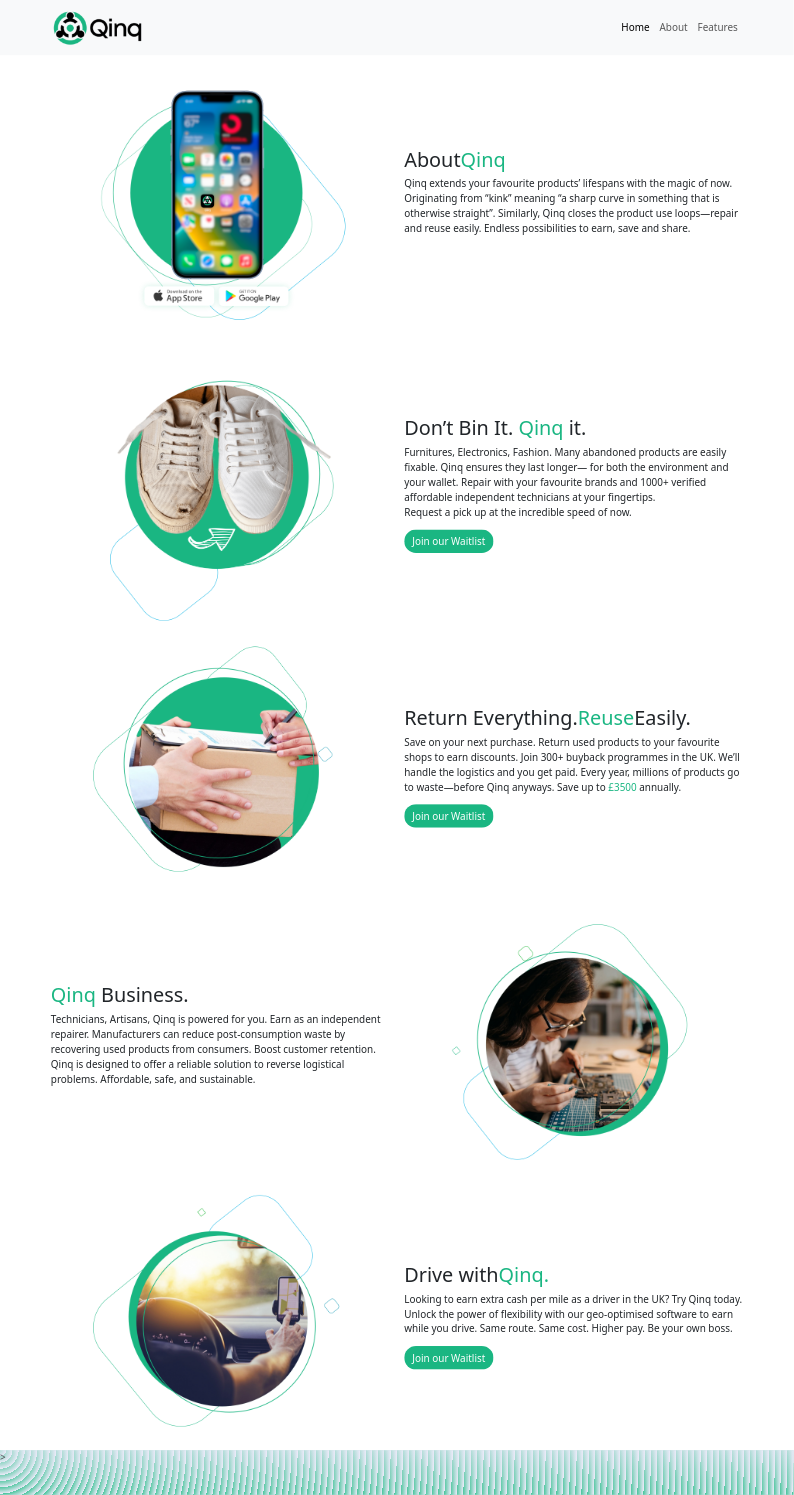
Repository: HelloQinq2023/qinq.github.io
Page: index.html
An editor plug-in stored every save of this project. The page is shown before and after a run of saves, followed by the edit.
The browser window is 1280 px wide. The pictures show the whole page, at 62% of full size.

Above is the page before, as saved 2023-02-22 16:32:33.

### index.html
<!doctype html>
<html lang="en">
  <head>
    <meta charset="utf-8">
    <meta name="viewport" content="width=device-width, initial-scale=1">
    <title>Qinq</title>
    <link href="https://cdn.jsdelivr.net/npm/bootstrap@5.3.0-alpha1/dist/css/bootstrap.min.css" rel="stylesheet" integrity="sha384-GLhlTQ8iRABdZLl6O3oVMWSktQOp6b7In1Zl3/Jr59b6EGGoI1aFkw7cmDA6j6gD" crossorigin="anonymous">
    <link rel="stylesheet" type="text/css" href="css/style.css" />
  </head>
  <body>
    <nav class="navbar navbar-expand-lg bg-body-tertiary">
        <div class="container">
          <a class="navbar-brand" href="#"><img src="images/logo.png" class="w-50"></a>
          <button class="navbar-toggler" type="button" data-bs-toggle="collapse" data-bs-target="#navbarNav" aria-controls="navbarNav" aria-expanded="false" aria-label="Toggle navigation">
            <span class="navbar-toggler-icon"></span>
          </button>
          <div class="collapse navbar-collapse" id="navbarNav">
            <ul class="navbar-nav ms-auto">
              <li class="nav-item">
                <a class="nav-link active" aria-current="page" href="#">Home</a>
              </li>
              <li class="nav-item">
                <a class="nav-link" href="#">About</a>
              </li>
              <li class="nav-item">
                <a class="nav-link" href="#">Features</a>
              </li>
            </ul>
          </div>
        </div>
      </nav>

      <section id="about">
        <div class="container py-3 mt-2">
            <div class="row">
                <div class="col-md-6 d-flex justify-content-center align-items-center">
                    <img src="images/about1.png" class="w-75 img-fluid img-responsive img">
                </div>
                <div class="col-md-6 d-flex justify-content-center align-items-center">
                    <div>
                        <h2>About<span class="green">Qinq</span></h2>
                        <p>Qinq extends your favourite products’ lifespans with the magic of now.
                            Originating from “kink” meaning “a sharp curve in something that is otherwise straight”. Similarly, Qinq closes the product use loops—repair and reuse easily. Endless possibilities to earn, save and share.</p>
                    </div>
                </div>
            </div>
        </div>

        <div class="container py-3 mt-2">
            <div class="row">
                <div class="col-md-6 d-flex justify-content-center align-items-center order-sm-2">
                    <div>
                        <h2>Don’t Bin It. <span class="green">Qinq</span> it.</h2>
                        <p>Furnitures, Electronics, Fashion.
                            Many abandoned products are easily fixable. Qinq ensures they last longer— for both the environment and your wallet.
                            Repair with your favourite brands and 1000+ verified affordable independent technicians at your fingertips.
                            <br>
                            Request a pick up at the incredible speed of now.</p>
                            <button class="btn greenbg text-white rounded-pill"> Join our Waitlist</button>
                    </div>
                </div>
                <div class="col-md-6 d-flex justify-content-center align-items-center">
                    <img src="images/about2.png" class="w-75 img-fluid img-responsive img">
                </div>
            </div>

        </div>
      </section>

      <section id="features">
        <div class="container py-3 mt-2">
            <div class="row">
                <div class="col-md-6 d-flex justify-content-center align-items-center">
                    <img src="images/features.png" class="w-75 img-fluid img-responsive img">
                </div>
                <div class="col-md-6 d-flex justify-content-center align-items-center">
                    <div>
                        <h2>Return Everything.<span class="green">Reuse</span>Easily.</h2>
                        <p>Save on your next purchase. Return used products to your favourite shops to earn discounts. Join 300+ buyback programmes in the UK. We’ll handle the logistics and you get paid.
                            Every year, millions of products go to waste—before Qinq anyways. Save up to <span class="green">£3500</span> annually.</p>

                            <button class="btn greenbg text-white rounded-pill"> Join our Waitlist</button>
                    </div>
                </div>
            </div>
        </div>

        <div class="container py-3 mt-2">
            <div class="row">
                <div class="col-md-6 d-flex justify-content-center align-items-center">
                    <div>
                        <h2><span class="green">Qinq</span> Business.</h2>
                        <p>Technicians, Artisans, Qinq is powered for you. Earn as an independent repairer.
                            Manufacturers can reduce post-consumption waste by recovering used products from consumers. Boost customer retention. Qinq is designed to offer a reliable solution to reverse logistical problems. Affordable, safe, and sustainable.</p>
                    </div>
                </div>
                <div class="col-md-6 d-flex justify-content-center align-items-center">
                    <img src="images/features1.png" class="w-75 img-fluid img-responsive img">
                </div>
            </div>

        </div>


        <div class="container py-3 mt-2">
            <div class="row">
                <div class="col-md-6 d-flex justify-content-center align-items-center">
                    <img src="images/features2.png" class="w-75 img-fluid img-responsive img">
                </div>
                <div class="col-md-6 d-flex justify-content-center align-items-center">
                    <div>
                        <h2>Drive with<span class="green">Qinq.</span></h2>
                        <p>Looking to earn extra cash per mile as a driver in the UK? Try Qinq today.
                            Unlock the power of flexibility with our geo-optimised software to earn while you drive.
                            Same route. Same cost. Higher pay. Be your own boss.</p>

                            <button class="btn greenbg text-white rounded-pill"> Join our Waitlist</button>
                    </div>
                </div>
            </div>
        </div>
      </section>

      <section id="imagine" style="background-color: #e5e5f7;
      opacity: 0.8;
      background-image:  repeating-radial-gradient( circle at 0 0, transparent 0, #e5e5f7 10px ), repeating-linear-gradient( #1ab68255, #1ab682 );">
          >
        <div class="py-4 container">
        </div>
      </section>
    <script src="https://cdn.jsdelivr.net/npm/bootstrap@5.3.0-alpha1/dist/js/bootstrap.bundle.min.js" integrity="sha384-w76AqPfDkMBDXo30jS1Sgez6pr3x5MlQ1ZAGC+nuZB+EYdgRZgiwxhTBTkF7CXvN" crossorigin="anonymous"></script>
  </body>
</html>

### css/style.css
.green{
    color:#1ab682
}

.greenbg{
    background-color: #1ab682;
}

After the next 2 saves:
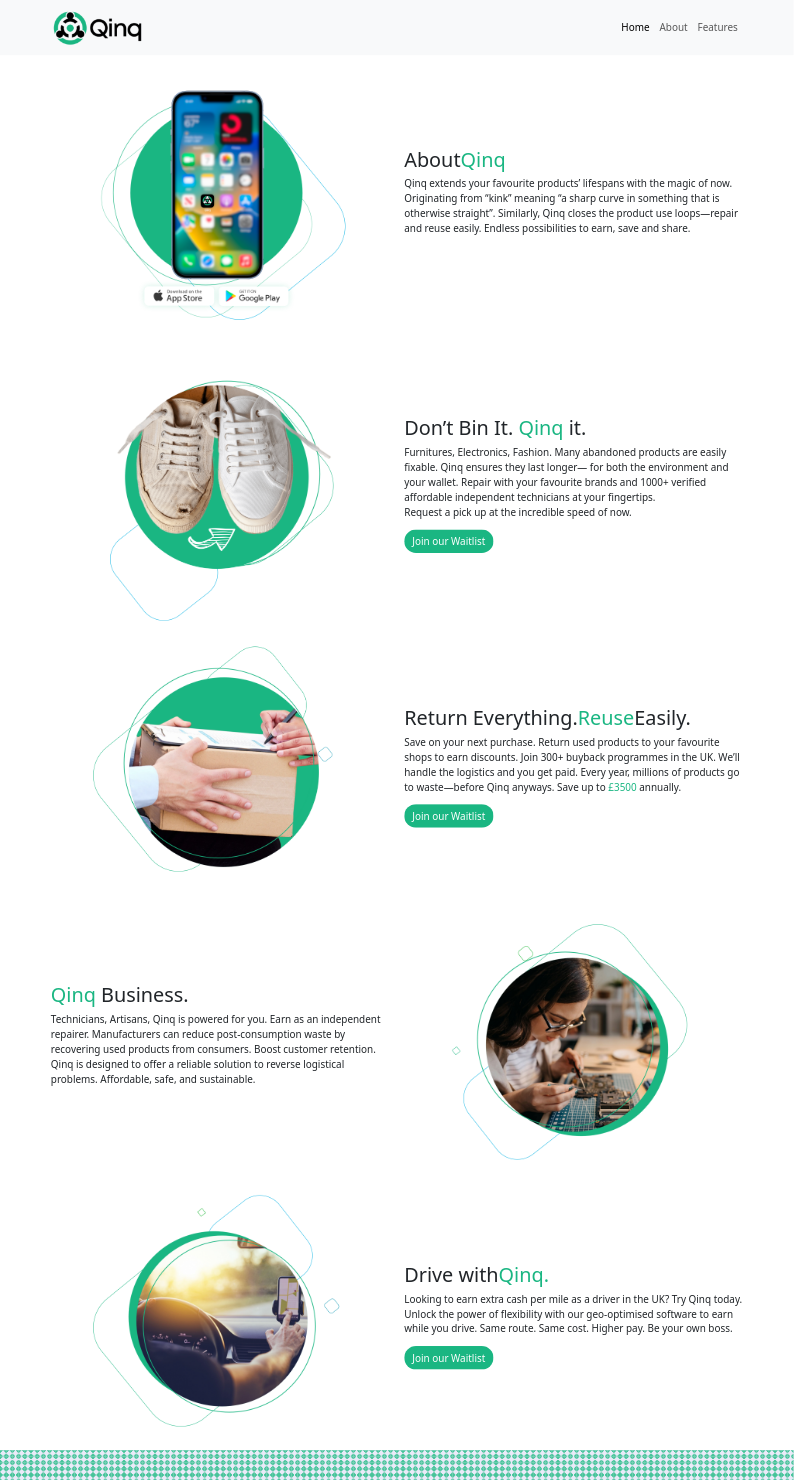
The 2 saves are shown as one change because they came seconds apart.
The last was saved 31 s later.
--- a/index.html
+++ b/index.html
@@ -123,8 +123,10 @@
 
       <section id="imagine" style="background-color: #e5e5f7;
       opacity: 0.8;
-      background-image:  repeating-radial-gradient( circle at 0 0, transparent 0, #e5e5f7 10px ), repeating-linear-gradient( #1ab68255, #1ab682 );">
-          >
+      background-image:  linear-gradient(135deg, #1ab682 25%, transparent 25%), linear-gradient(225deg, #1ab682 25%, transparent 25%), linear-gradient(45deg, #1ab682 25%, transparent 25%), linear-gradient(315deg, #1ab682 25%, #e5e5f7 25%);
+      background-position:  10px 0, 10px 0, 0 0, 0 0;
+      background-size: 10px 10px;
+      background-repeat: repeat;">
         <div class="py-4 container">
         </div>
       </section>
